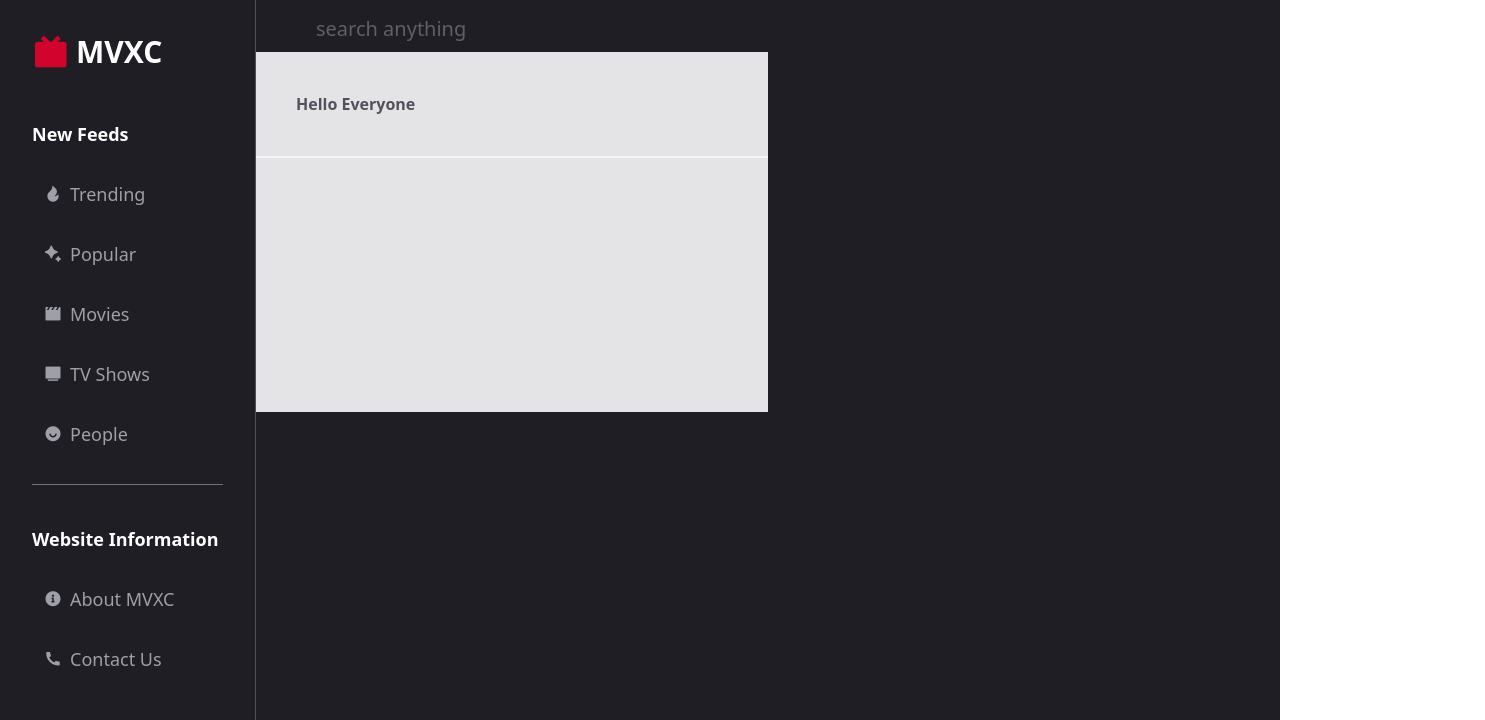
Repository: Csiddharth7906/MovieAppUpdatedVersion
Page: / (app in MVXC-MovieWebApplication/)
These files come from the project's save history. The page is drawn as it stood at one moment and after the next save; the edit follows.
The browser window is 1280 px wide. The page is 1280 px wide, then 1485 px, so the pictures cover 1485 px, including what lies to the right of the window. The pictures show the whole page.
Some web libraries are served in a nearby version. The project was rebuilt for these pictures with package versions that can differ from the ones it lists, and the page was loaded fresh each time. Also part of the build but not shown: MVXC-MovieWebApplication/vite.config.js.

Above is the page before, as saved 2025-06-17 10:23:31.

After the next save:
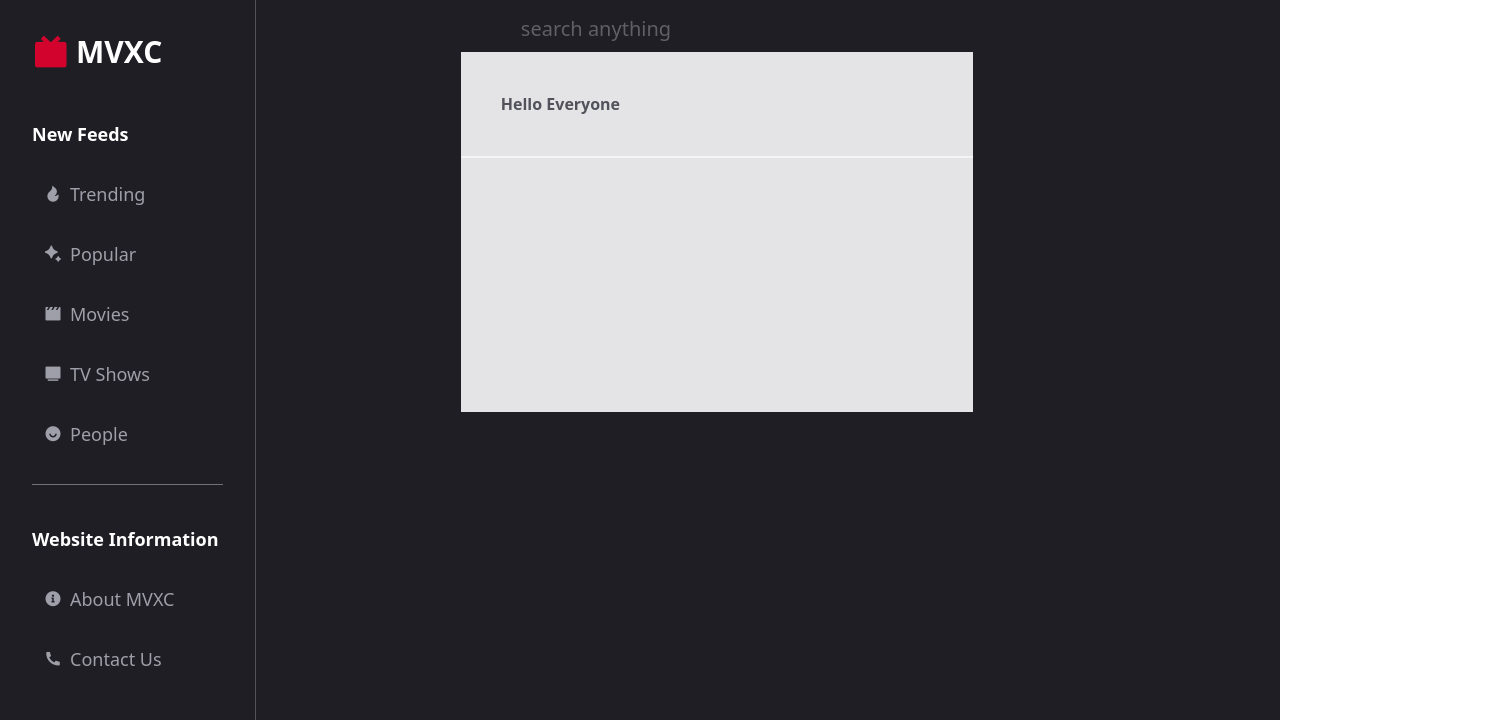
Saved 4 s later.
--- a/MVXC-MovieWebApplication/src/templates/Topnav.jsx
+++ b/MVXC-MovieWebApplication/src/templates/Topnav.jsx
@@ -5,7 +5,7 @@ const Topnav = () => {
   const [query, setquery] = useState("");
   console.log(query)
   return (
-    <div className="w-full h-[8vh] relative flex justify-start ml-[] items-center">
+    <div className="w-full h-[8vh] relative flex justify-start ml-[20%] items-center">
       <i classname="text-zinc-400 text-3xl ri-search-line"></i>
       <input
         onChange={(e)=> setquery(e.target.value)}
